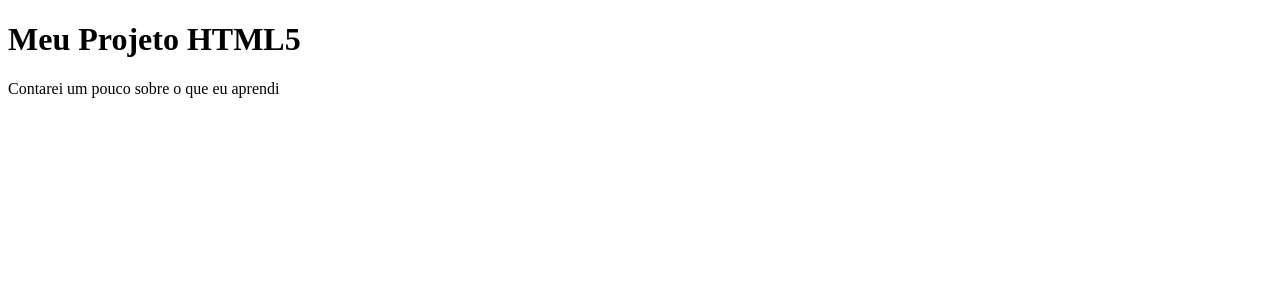
Repository: gustavotwist/meu-html
Page: index.html
An editor plug-in stored every save of this project. The page is shown before and after a run of saves, followed by the edit.
The browser window is 1280 px wide. The pictures show the whole page.

Above is the page before, as saved 2024-04-24 21:51:36.

### index.html
<!DOCTYPE html>
<html lang="pt-br">
<head>
    <meta charset="UTF-8">
    <meta name="viewport" content="width=device-width, initial-scale=1.0">
    <title>Projeto HTML</title>
</head>
<body>
    <h1>Meu Projeto HTML5</h1>
    <p>Contarei um pouco sobre o que eu aprendi</p>

</body>
</html>

After the next 3 saves:
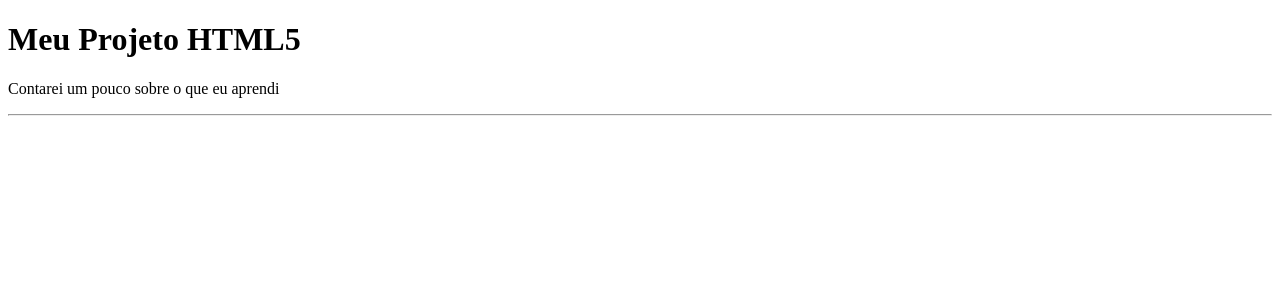
The 3 saves are shown as one change because they came seconds apart.
The last was saved 16 s later.
--- a/index.html
+++ b/index.html
@@ -7,7 +7,8 @@
 </head>
 <body>
     <h1>Meu Projeto HTML5</h1>
-    <p>Contarei um pouco sobre o que eu aprendi</p>
+    <p>Contarei um pouco sobre o que eu aprendi</p><hr>
+
 
 </body>
 </html>
